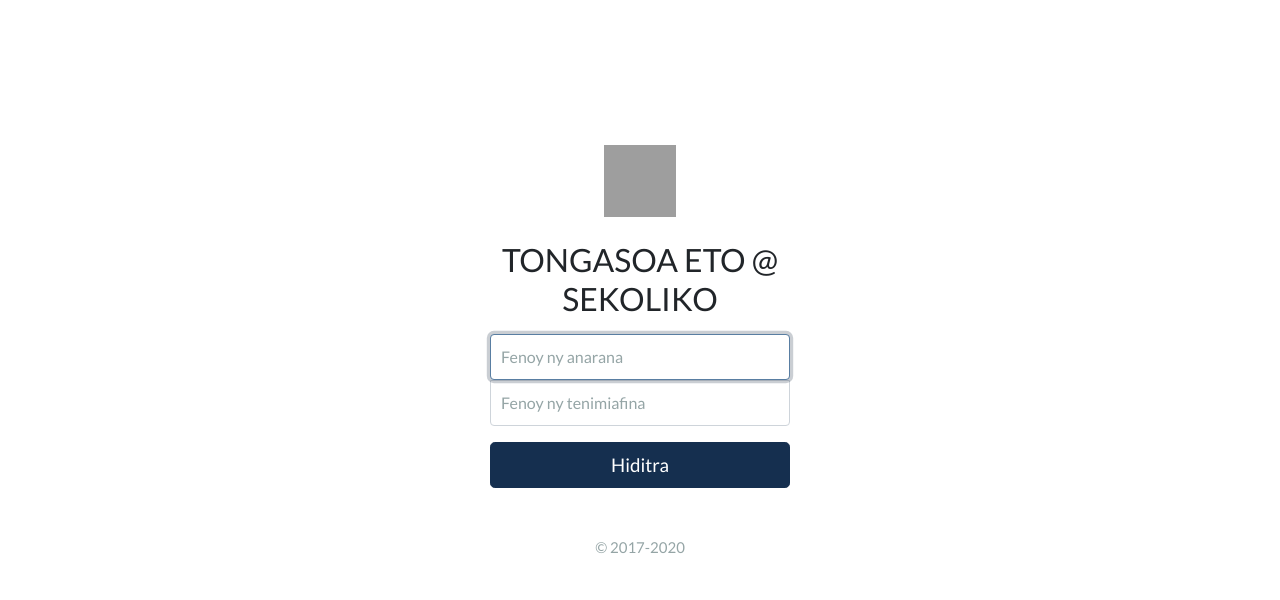
Repository: niainamahefa/j2ee-sekoliko
Page: http://localhost/Ecole/login
The author's editor kept a copy of each file at every save. The page is drawn from the files as they stood at one save, then again after the next save.
The browser window is 1280 px wide. The pictures show the whole page.
Pictures or frames that could not be fetched are drawn as grey boxes. The page is served by Tomcat 9. Other server files are loaded and not shown.

Above is the page before, as saved 2021-02-03 18:33:41.

### Ecole/WebContent/WEB-INF/login.jsp
<%@ page language="java" contentType="text/html; charset=ISO-8859-1"
    pageEncoding="ISO-8859-1"%>
<!doctype html>
<html lang="en">
  <head>
    <meta charset="utf-8">
    <meta name="viewport" content="width=device-width, initial-scale=1, shrink-to-fit=no">
    <meta name="description" content="">
    <meta name="author" content="Mark Otto, Jacob Thornton, and Bootstrap contributors">
    <meta name="generator" content="Jekyll v4.1.1">
    <title>Sekoly</title>

    <!-- Bootstrap core CSS -->
	<link href="./assets/css/bootstrap.min.css" rel="stylesheet">
	<link href="./assets/css/signin.css" rel="stylesheet">

    <style>
      .bd-placeholder-img {
        font-size: 1.125rem;
        text-anchor: middle;
        -webkit-user-select: none;
        -moz-user-select: none;
        -ms-user-select: none;
        user-select: none;
      }

      @media (min-width: 768px) {
        .bd-placeholder-img-lg {
          font-size: 3.5rem;
        }
      }
    </style>
    <!-- Custom styles for this template -->
    <link href="signin.css" rel="stylesheet">
  </head>
  <body class="text-center">
	    <form class="form-signin" method="post">
		  <img class="mb-4" src="../assets/brand/bootstrap-solid.svg" alt="" width="72" height="72">
		  <h1 class="h3 mb-3 font-weight-normal">TONGASOA ETO @ SEKOLIKO</h1>
		  <label for="inputEmail" class="sr-only">Anarana</label>
		  <input type="text" id="inputEmail" class="form-control" placeholder="Fenoy ny anarana"  name="anarana" required autofocus>
		  <label for="inputPassword" class="sr-only">Tenimiafina</label>
		  <input type="password" id="inputPassword" class="form-control" placeholder="Fenoy ny tenimiafina" name="tenimiafina" required>
		  <div class="checkbox mb-3">
		  </div>
		  <button class="btn btn-lg btn-primary btn-block" type="submit">Hiditra</button>
		  <p class="mt-5 mb-3 text-muted">&copy; 2017-2020</p>
		</form>
	</body>
</html>

### Ecole/src/com/ecole/servlet/LoginServlet.java
package com.ecole.servlet;

import java.io.IOException;

import javax.servlet.ServletException;
import javax.servlet.http.HttpServlet;
import javax.servlet.http.HttpServletRequest;
import javax.servlet.http.HttpServletResponse;

import com.ecole.model.User;

public class LoginServlet extends HttpServlet{


	@Override
	protected void doGet(HttpServletRequest req, HttpServletResponse resp) throws ServletException, IOException {
		System.out.println("Login Servlet - doGet méthode");
		req.getRequestDispatcher("/WEB-INF/login.jsp").forward(req, resp);
	}

	@Override
	protected void doPost(HttpServletRequest req, HttpServletResponse resp) throws ServletException, IOException {
		System.out.println("Login Servlet - doPost méthode");

		String anarana = req.getParameter("anarana");
		String tenimiafina = req.getParameter("tenimiafina");

		System.out.println("Anarana : " + anarana + " Tenimifina : " + tenimiafina );

		if (anarana.equals("admin") && (tenimiafina.equals("sekoliko"))) {
			System.out.println("Tongasoa eto @ logiciel Sekoliko");

			req.getSession().setAttribute("user", new User (anarana,tenimiafina));
			resp.sendRedirect("accueil");
		}
		else {
			System.out.println("Hamarino azafady");
			resp.sendRedirect("login");
		}
	}




}

### Ecole/WebContent/assets/css/signin.css
html,
body {
  height: 100%;
}

body {
  display: -ms-flexbox;
  display: flex;
  -ms-flex-align: center;
  align-items: center;
  padding-top: 40px;
  padding-bottom: 40px;
}

.form-signin {
  width: 100%;
  max-width: 330px;
  padding: 15px;
  margin: auto;
}
.form-signin .checkbox {
  font-weight: 400;
}
.form-signin .form-control {
  position: relative;
  box-sizing: border-box;
  height: auto;
  padding: 10px;
  font-size: 16px;
}
.form-signin .form-control:focus {
  z-index: 2;
}
.form-signin input[type="email"] {
  margin-bottom: -1px;
  border-bottom-right-radius: 0;
  border-bottom-left-radius: 0;
}
.form-signin input[type="password"] {
  margin-bottom: 10px;
  border-top-left-radius: 0;
  border-top-right-radius: 0;
}

Loaded but not shown: Ecole/WebContent/assets/css/bootstrap.min.css (library)

After the next save:
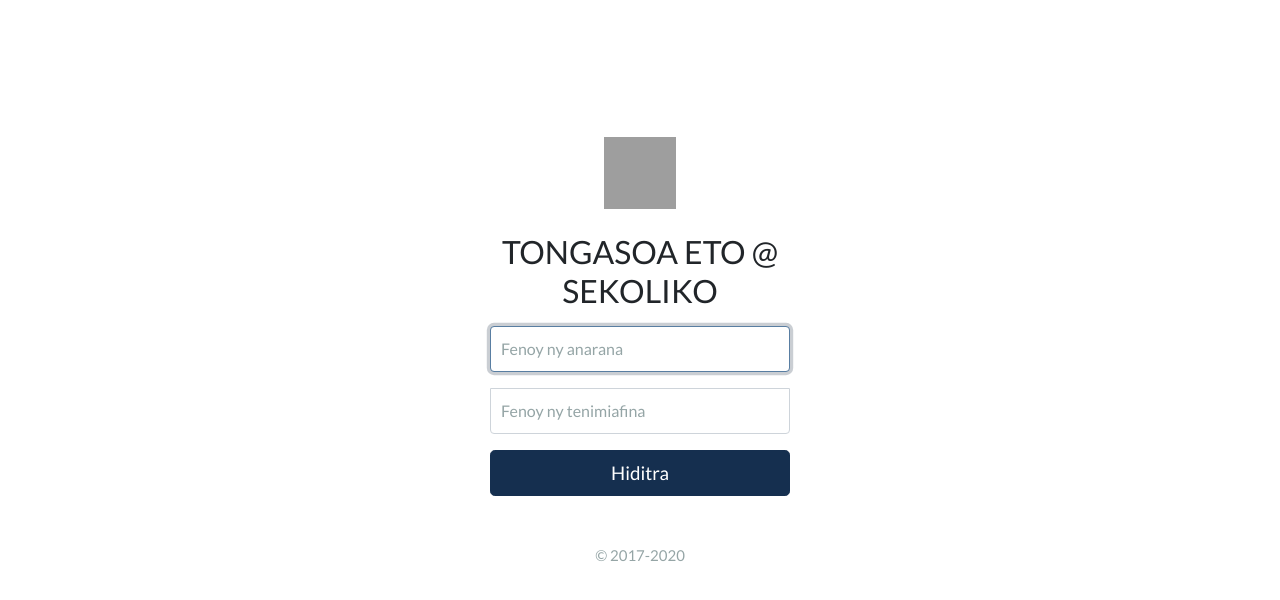
Saved 13 s later.
--- a/Ecole/WebContent/WEB-INF/login.jsp
+++ b/Ecole/WebContent/WEB-INF/login.jsp
@@ -40,7 +40,7 @@
 		  <label for="inputEmail" class="sr-only">Anarana</label>
 		  <input type="text" id="inputEmail" class="form-control" placeholder="Fenoy ny anarana"  name="anarana" required autofocus>
 		  <label for="inputPassword" class="sr-only">Tenimiafina</label>
-		  <input type="password" id="inputPassword" class="form-control" placeholder="Fenoy ny tenimiafina" name="tenimiafina" required>
+		  <input type="password" id="inputPassword" class="form-control mt-3" placeholder="Fenoy ny tenimiafina" name="tenimiafina" required>
 		  <div class="checkbox mb-3">
 		  </div>
 		  <button class="btn btn-lg btn-primary btn-block" type="submit">Hiditra</button>
